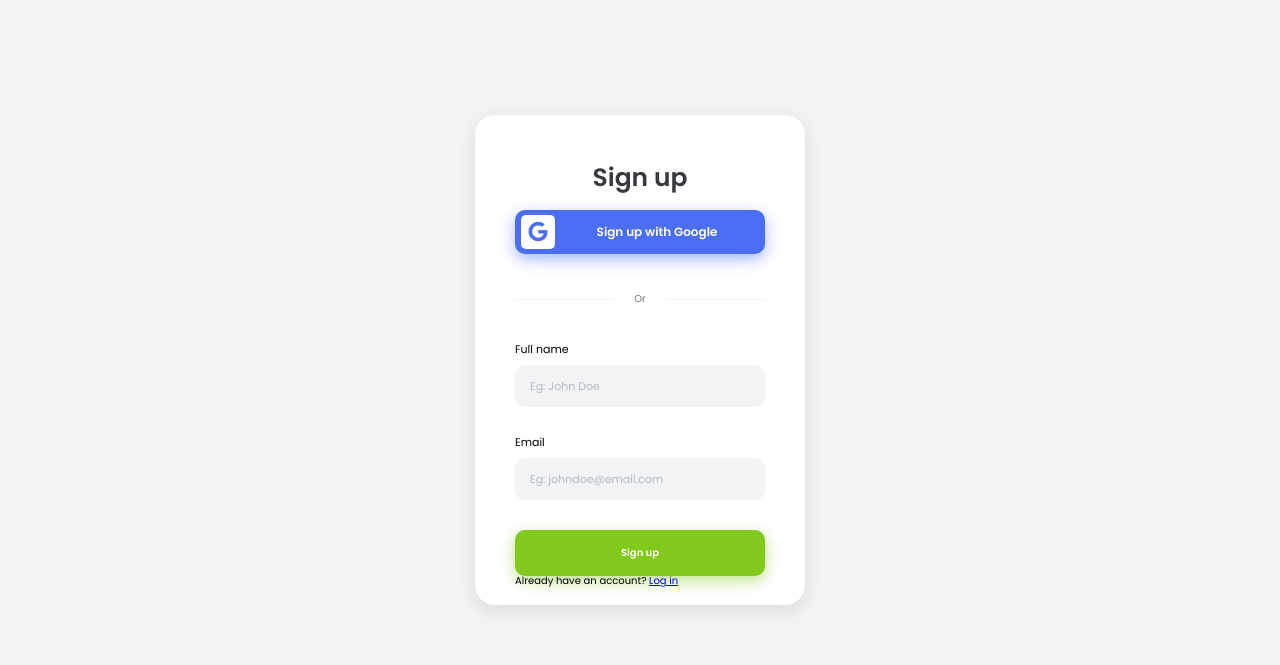
Repository: TranMinhMan040702/practice_html-css
Page: form-login/index.html
The author's editor kept a copy of each file at every save. The page is drawn from the files as they stood at one save, then again after the next save.
The browser window is 1280 px wide. The pictures show the whole page.
Some web libraries are served in a nearby version.

Above is the page before, as saved 2022-08-24 13:45:49.

After the next save:
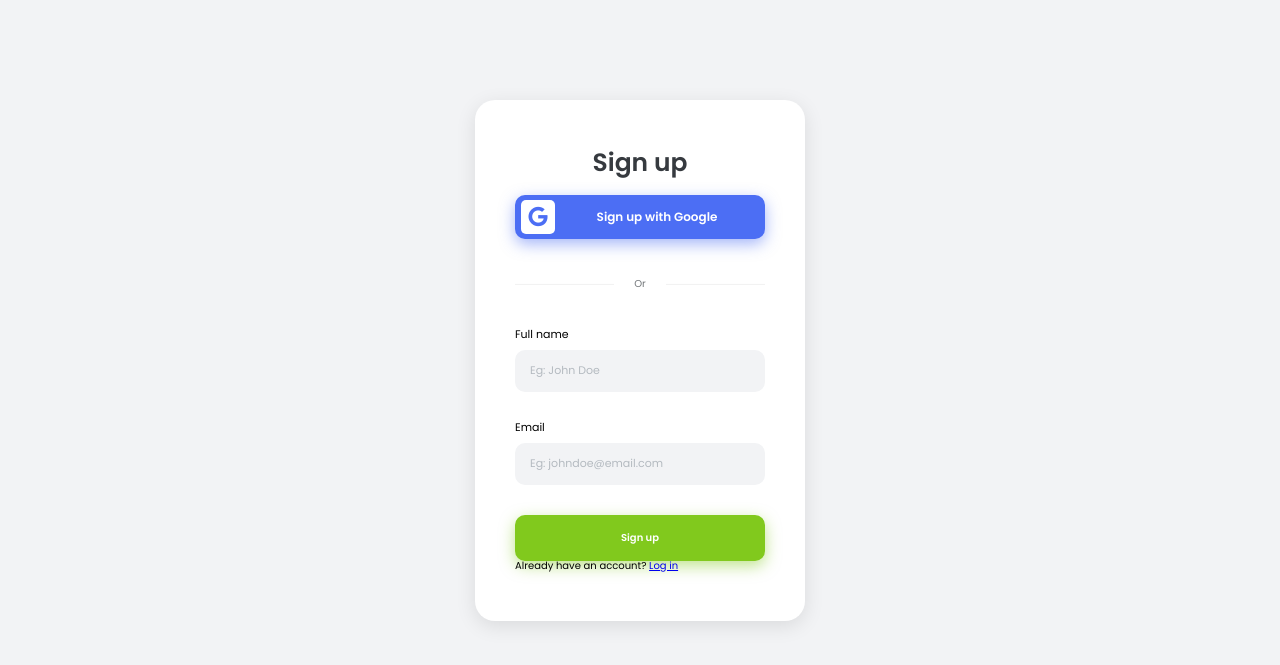
Saved 30 s later.
--- a/form-login/main.css
+++ b/form-login/main.css
@@ -19,7 +19,7 @@ body {
 .singup {
     max-width: 330px;
     width: 100%;
-    height: 490px;
+    min-height: 490px;
     background-color: #fff;
     padding: 50px 40px;
     border-radius: 20px;
